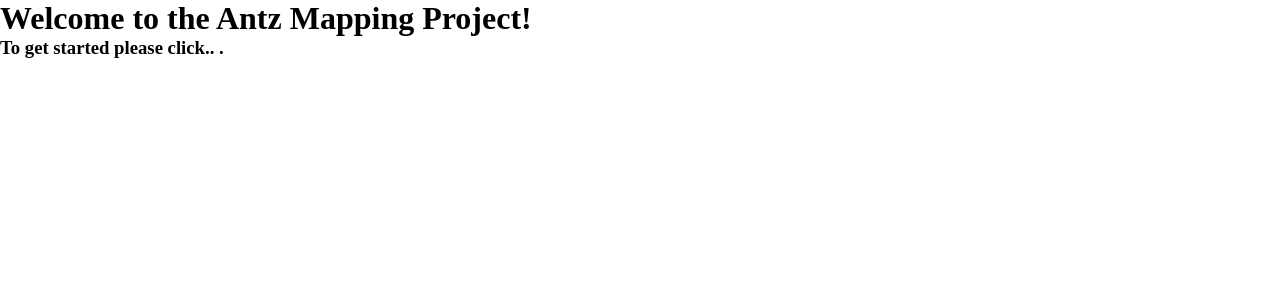
Repository: StevePrice/ampz
Page: http://localhost/application/views/scripts/index/index.phtml
An editor plug-in stored every save of this project. The page is shown before and after the next save, followed by the edit.
The browser window is 1280 px wide. The pictures show the whole page.
The page is run by PHP 8.4 with error messages shown; the project is at /var/www/html/.

Above is the page before, as saved 2011-11-08 22:05:46.

### ampzonline/amps/application/views/scripts/index/index.phtml
<style>
    * {
    margin: 0;
    }
    html, body {
    height: 100%;
    }
    .wrapper {
    min-height: 100%;
    height: auto !important;
    height: 100%;
    margin: 0 auto -4em;
    }
    .footer, .push {
    height: 4em;
    }

</style>
<div class="wrapper">

    <h1>Welcome to the <span id="zf-name">Antz Mapping Project!</span></h1>

    <h3>To get started please click.. .</h3>
	</div>

After the next save:
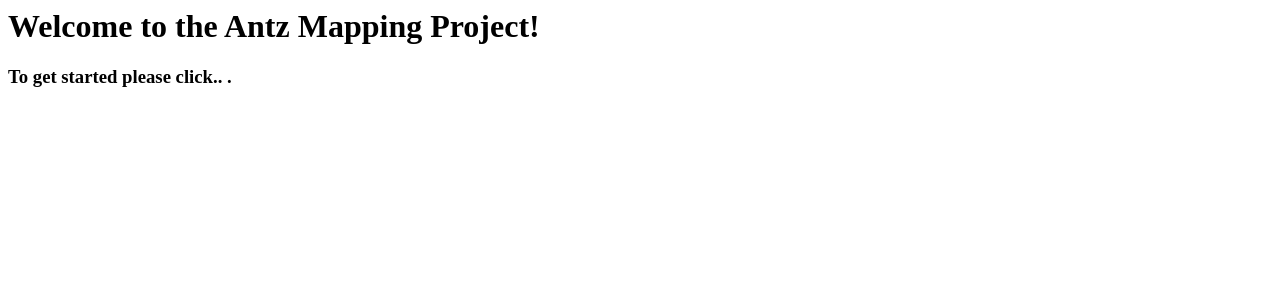
Saved 5 min 5 s later.
--- a/ampzonline/amps/application/views/scripts/index/index.phtml
+++ b/ampzonline/amps/application/views/scripts/index/index.phtml
@@ -1,22 +1,5 @@
-<style>
-    * {
-    margin: 0;
-    }
-    html, body {
-    height: 100%;
-    }
-    .wrapper {
-    min-height: 100%;
-    height: auto !important;
-    height: 100%;
-    margin: 0 auto -4em;
-    }
-    .footer, .push {
-    height: 4em;
-    }
 
-</style>
-<div class="wrapper">
+<div class="wrapper"; min-height: 100%; height: auto;    height: 100%; margin: 0 auto -4em;>
 
     <h1>Welcome to the <span id="zf-name">Antz Mapping Project!</span></h1>
 
